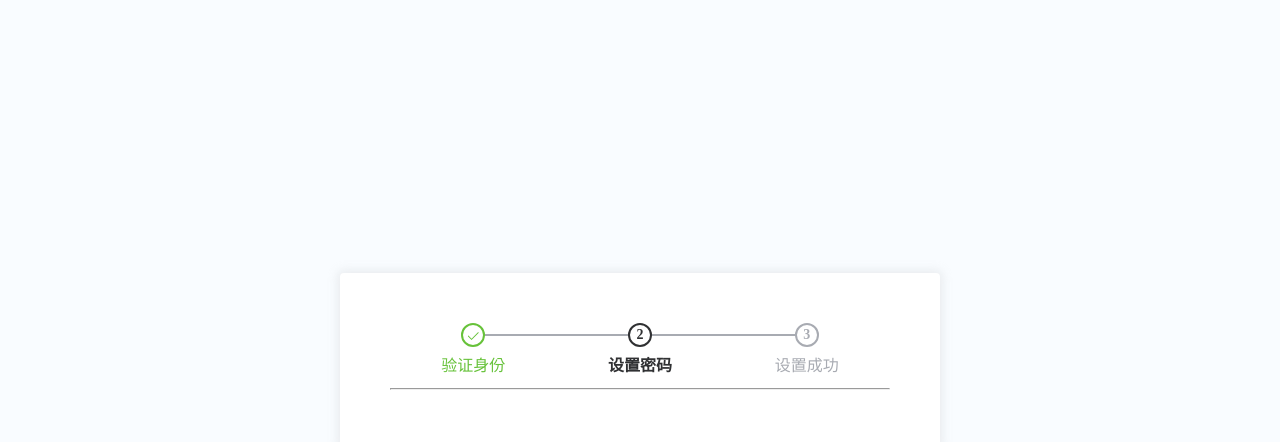
Repository: Harmony-camp/ckw-manager
Page: /#/ForgotPassword (app in manage/)
These files come from the project's save history. The page is drawn as it stood at one moment and after a run of saves; the edit follows.
The browser window is 1280 px wide. The pictures show the whole page.
The project was rebuilt for these pictures with package versions that can differ from the ones it lists, and the page was loaded fresh each time. Also part of the build but not shown: manage/vite.config.js.

Above is the page before, as saved 2023-05-27 10:14:45.

### manage/src/main.js
import { createApp } from 'vue'
import router from './router'
import ElementPlus from 'element-plus'
import 'element-plus/dist/index.css'
import App from './App.vue'
import store from './store'
import * as ELIcons from '@element-plus/icons-vue'
import storage from './utils/storage'

const app = createApp(App)

app.directive("has",{
	beforeMount:(el,binding)=>{

		let actionList = storage.getItem("actionList")
		let value = binding.value
		let hasPermission = actionList.includes(value)
		if(!hasPermission){
			el.style="display:none"
			setTimeout(()=>{
				el.parentNode.removeChild(el)
			},0)
		}
	}
})

for (let iconName in ELIcons) {
	app.component(iconName, ELIcons[iconName])
}

app.use(router).use(store).use(ElementPlus).mount('#app')

### manage/src/router/index.js
import { createRouter, createWebHashHistory } from 'vue-router'
import { defineAsyncComponent } from 'vue'

import storage from '../utils/storage'
import {getPermissionList} from '../api'
import utils from '../utils/utils'

const routes = [
  {
    name: "home",
    path: "/",
    component: ()=>import("../components/Home.vue"),
    redirect: "Welcome",
    meta: {
      title: "首页"
    },
    children: [
      {
        name: "welcome",
        path: "/welcome",
        meta: {
          title: "欢迎使用本系统"
        },
        component: () => import("../views/Welcome.vue")
      },
      {
        name: "profile",
        path: "/profile",
        redirect: "analysis",
        meta: {
          title: "个人中心"
        },
        component: () => import("../views/profile/index.vue"),
        children:[
          {
            name: "analysis",
            path: "/profile/analysis",
            meta: {
              title: "个人整体分析"
            },
            component: () => import("../views/profile/Analysis.vue"),
          },
          {
            name: "award-time",
            path: "/profile/award-time",
            meta: {
              title: "获奖时间"
            },
            component: () => import("../views/profile/AwardTime.vue"),
          },
        ]
      },
    ]
  },

  {
    name: "login",
    path: "/login",
    meta: {
      title: "登录"
    },
    component: () => import("../views/login/Login.vue")
  },
  {
    name: "register",
    path: "/register",
    meta: {
      title: "注册"
    },
    component: () => import("../views/login/Register.vue")
  },
  {
    name: "ForgotPassword",
    path: "/ForgotPassword",
    meta: {
      title: "注册"
    },
    component: () => import("../views/login/ForgotPassword.vue")
  },

  {
    name: "404",
    path: "/404",
    meta: {
      title: "页面不存在"
    },
    component: () => import("../views/login/404.vue")
  },

]

const router = createRouter({
  history: createWebHashHistory(),
  routes
})

async function loadAsyncRoutes(){
  let userinfo  = storage.getItem("userinfo") || {}
  if(userinfo.token){
    try{
      const {menuList} =  await getPermissionList()
      let routes = utils.generateRoute(menuList)
      routes.map(route=>{
        let url = `../views/${route.component}.vue`
        route.component =  ()=>import(/* @vite-ignore */url)
        router.addRoute("home",route)
      })
    }catch(error){
      console.log('error :>> ', error);
    }
  }
}

await loadAsyncRoutes()
function checkPermission(path){
  let routes =[]
  router.getRoutes().forEach(item=>{
    routes.push(item.path)
  })
  return routes.includes(path)
}

router.beforeEach((to,form,next)=>{
  if(checkPermission(to.path) || to.path =="/"){
    document.title = to.meta.title
    next()
  }else{
    next("/404")
  }
})

export default router

### manage/src/App.vue
<template>
  <router-view></router-view>
</template>

<script setup>

</script>

<style lang="scss">
@import './assets/style/reset.css';
@import './assets/style/index.scss';
</style>

### manage/src/store/index.js
/**
 * vuex状态管理
 */
import {createStore} from 'vuex'
import mutations from './mutations'
import storage from '../utils/storage'

const state = {
  userinfo:storage.getItem("userinfo") || {},
  menuLit:storage.getItem("menuList") || [],
  actionList :storage.getItem("actionListList") || [],
  noticeCount:0
}

export default createStore({
  state,
  mutations
})

### manage/src/utils/storage.js
/**
 * Storage二次封装
 * @author yyy
 */
import config from "../config"

export default{
  setItem(key,val){
    let storage = this.getStorage()
    storage[key] = val
    window.localStorage.setItem(config.namespace,JSON.stringify(storage))
  },
  getItem(key){
    return this.getStorage()[key]
  },
  getStorage(){
    return JSON.parse( window.localStorage.getItem(config.namespace )|| "{}")
  },
  clearItem(key){
    let storage = this.getStorage()
    delete storage[key]
    window.localStorage.setItem(config.namespace,JSON.stringify(storage))
  },
  clearAll(){
    window.localStorage.clear()
  },
}

### manage/src/api/index.js
/**
 * api管理
 */

import request from "../utils/request"

/**
 * 用户登录
 * @param {Object} params
 * @returns
 */
export  const UserLogin = (params)=>{
  return request({
      url:"/users/login",
      method:"post",
      data:params,
    })
  }

/**
 * 获取是否有信息需要处理
 * @param {Object} params
 * @returns
 */
export  const NoticeCount = (params)=>{
  return request({
    url:"/leave/count",
    method:"get",
    data:params,
    // mock:true
  })
}

/**
 * 获取菜单
 * @returns
 */
export  const MenuList = (params)=>{
  return request({
    url:"/menu/list",
    method:"get",
    data:params,
    // mock:true
  })
}

/**
 * 获取用户列表
 * @param {Object} params
 * @returns
 */

export  const GetUserList = (params)=>{
  return request({
    url:"/users/list",
    method:"get",
    data:params,
  })
}
export  const GetAllUserList = ()=>{
  return request({
    url:"/users/all/list",
    method:"get",
    // mock:true
  })
}
/**
 * 删除用户，可批量删除
 * @param {Array} params
 * @returns
 */
export  const UserDelete = (params)=>{
  return request({
    url:"/users/delete",
    method:"post",
    data:params,
    // mock:true
  })
}
/**
 * 获取角色信息
 * @returns
 */
export  const GetRoleAllList = ()=>{
  return request({
    url:"/roles/allList",
    method:"get",
    data:{},
    // mock:true
  })
}
export  const GetRoleList = (param)=>{
  return request({
    url:"/roles/list",
    method:"get",
    data:param,
    // mock:true
  })
}
/**
 * 获取部门信息
 * @returns
 */
export  const GetDeptList = (params)=>{
  return request({
    url:"/dept/list",
    method:"get",
    data:params,
    // mock:true
  })
}

/**
 * 角色增删改查
 * @param {Object} params
 * @returns
 */
export  const UserSubmit = (params)=>{
  return request({
    url:"/users/operate",
    method:"post",
    data:params,
    // mock:true
  })
}
/**
 * 菜单操作
 * @param {Object} params
 * @returns
 */
export  const MenuSubmit = (params)=>{
  return request({
    url:"/menu/operate",
    method:"post",
    data:params,
    // mock:true
  })
}

export  const RoleOperate = (params)=>{
  return request({
    url:"/roles/operate",
    method:"post",
    data:params,
    // mock:true
  })
}
export  const DeptOperate = (params)=>{
  return request({
    url:"/dept/operate",
    method:"post",
    data:params,
    // mock:true
  })
}
export  const UpdatePermission = (params)=>request({
    url:"/roles/update/permission",
    method:"post",
    data:params,
    // mock:true
})



export const getPermissionList = ()=>request.get("/users/getPermissionList")
export const GetApplyList  = params=>request.get("/leave/list",params,{mock:false})
export const LeaveOperate  = params=>request.post("/leave/operate",params,{mock:false})
export const LeaveApprove  = params=>request.post("/leave/approve",params,{mock:false})

export const dataToTestify  = params=>request.post("/teacher/createTestify",params)

//获取注册页面角色
export const getRegisterRoleList = params=>request.get("/roles/allList",params)

//获取模块分类排序数据
export const querySortList = params=>request.get("/teacher/query",params)

export const GetTeacherlList = params=>request.get("/teacher/list",params)
export const GetTeacherApprovallList = params=>request.get("/teacher/approvalList",params)

### manage/src/utils/utils.js
/**
 * 工具函数封装
 */
import {GetTeacherlList} from '../api'
export default{
  formateDate(date,rule){
    let fmt = rule || 'MM-dd hh:mm:ss'

    const o = {

      "M+":date.getMonth(),
      "d+":date.getDate(),
      "h+":date.getHours(),
      "m+":date.getMinutes(),
      "s+":date.getSeconds(),

    }
    for(let key in o){
      if(new RegExp(`(${key})`).test(fmt)){
        const val = o[key] + ''
        fmt =  fmt.replace(RegExp.$1,RegExp.$1.length==1?val:('00'+val).substring(val.length))
      }
    }
    return date.getFullYear()+"-" + fmt
  },
  generateRoute(menuList){
    let routes = []

    const deepList = (list)=>{
      while(list.length){
        let item = list.pop()
        if(item.action){
          routes.push({
            name:item.menuName,
            path:item.path,
            meta:{
              title:item.menuName
            },
            component:item.component
          })

        }
        if(item.children && !item.action){
          deepList(item.children)
        }
      }
    }
    deepList(menuList)
    return routes
  },
  async getTeacherApprovalList(action,userId){

    let res = await GetTeacherlList({action,userId})
    return res
  }
}

### manage/src/views/login/ForgotPassword.vue
<template>
  <div class="forgot-wrapper">
    <div class="modal">
      <el-steps align-center :active="1" finish-status="success">
        <el-step title="验证身份" />
        <el-step title="设置密码" />
        <el-step title="设置成功" />
      </el-steps>
      <hr />
      <div class="setIdentity"></div>

    </div>
  </div>
</template>

<script setup></script>

<style lang="scss">
.forgot-wrapper {
  display: flex;
  justify-content: center;
  align-items: center;
  background-color: #f9fcff;
  width: 100vw;
  height: 100vh;
  .modal {
    width: 600px;
    padding: 50px;
    background-color: #fff;
    border-radius: 4px;
    box-shadow: 0px 0px 10px 3px #c7c9cb4d;
  }
}
</style>

### manage/src/assets/style/index.scss
html, body {
  height: 100%;
  width: 100%;
}
*:not([class^='el-']) {
  box-sizing: border-box;
}
.white{
  background-color: #ffffff;
}
a{
  text-decoration: none;
}
.gray{
  background-color: #eef0f3;
}
.mr10{
  margin-right: 10px;
}
.mr20{
  margin-right: 20px;
}
.mb20{
  margin-bottom: 20px;
}
.m-lr10{
  margin-left: 10px;
  margin-right: 10px;
}
.p20{
  padding: 20px;
}
.pl20{
  padding-left: 20px;
}
.text-right{
  text-align: right;
}
.fr{
  float: right;
}
.flex{
  display: flex;
}
.flex-between{
  display: flex;
  justify-content: space-between;
}
.flex-center{
  display: flex;
  justify-content: center;
}
.tips{
  margin-left: 15px;
  color: #787878;
}


/*
* 公共样式
*/
.query-form {
  background-color: #ffffff;
  padding: 22px 20px 0;
  border-radius: 5px;
}
.base-table {
  border-radius: 5px;
  background: #ffffff;
  margin-top: 20px;
  margin-bottom: 20px;
  .action {
    border-radius: 5px 5px 0px 0px;
    background: #ffffff;
    padding: 20px;
    border-bottom: 1px solid #ece8e8;
  }
  .el-pagination{
     justify-content: flex-end;
     padding-right: 20px;
     padding-top: 20px;
     padding-bottom: 5px;
  }

}

### manage/src/store/mutations.js
/**
 * Mutations业务层数据提交
 */


import storage from "../utils/storage";

export default {
  saveUserInfo(state,userinfo){
    state.userinfo = userinfo;
    storage.setItem("userinfo",userinfo)
  },
  saveMenuList(state,menuList){
    state.menuList = menuList;
    storage.setItem("menuList",menuList)
  },
  saveActionList(state,actionList){
    state.actionList = actionList;
    storage.setItem("actionList",actionList)
  },
  saveNoticeCount(state,noticeCount){
    state.noticeCount = noticeCount;
    storage.setItem("noticeCount",noticeCount)
  },
}

### manage/src/config/index.js

const env = import.meta.env.MODE || "prod";

const EnvConfig = {
  dev:{
    baseApi:"/api",
    mockApi:"https://www.fastmock.site/mock/fa4c18963ab634ec12a063962937ba52/api"
  },
  test:{
    baseApi:"https://www.fastmock.site/mock/fa4c18963ab634ec12a063962937ba52/api",
    mockApi:"https://www.fastmock.site/mock/fa4c18963ab634ec12a063962937ba52/api"
  },
  prod:{
    baseApi:"/api",
    mockApi:"https://www.fastmock.site/mock/fa4c18963ab634ec12a063962937ba52/api"
  }
}

export default{
  env:"dev",
  mock:false,
  namespace:'manage',
  ...EnvConfig[env]
}

### manage/src/utils/request.js
/**
 * axios二次封装
 */

import axios from 'axios'
import {ElMessage} from 'element-plus'
import router from '../router'
import config from '../config'
import storage from './storage'
const TOKEN_INVALID = "token认证失败，请从新登陆"
const NETWORK_ERROR = "网络请求异常，请稍后重试"

//TODO axios实例对象，添加全局配置
const service = axios.create({
  baseURL:config.baseApi,
  timeout:8000
})


service.interceptors.request.use(req=>{

  //TODO 封装请求拦截
  const headers = req.headers;
  const {token} = storage.getItem("userinfo") || {}
  if(!headers.Authorization) headers.Authorization = "Bearer "  + token
  return req

})


service.interceptors.response.use(res=>{
  const {code,data,msg} = res.data;
  if(code === 200) return data;
  else if(code === 50001){
    ElMessage.error(TOKEN_INVALID)
    setTimeout(()=>{
      router.push('/login')
      return Promise.reject(TOKEN_INVALID)
    },1500)
  }else{
    ElMessage.error(msg|| NETWORK_ERROR)
    return Promise.reject(msg||NETWORK_ERROR)
  }

})


/**
 * 请求核心参数
 * @param {*} options 请求配置
 * @returns
 */

function request(options){
  options.method = options.method || "get"
  if(options.method.toLowerCase() === 'get'){
    options.params = options.data;
  }
  let isMock  = config.mock
  if(typeof options.mock != "undefined") isMock = options.mock
  if(config.env === 'prod'){
    service.defaults.baseURL = config.baseApi
  }else{
    service.defaults.baseURL = isMock? config.mockApi:config.baseApi
  }
  return service(options)
}

["get","post","put","delete",'patch'].forEach(item=>{
  request[item] = (url,data,options)=>{
    return request({
      url,
      data,
      method:item,
      ...options
    })
  }
})

export default request

Loaded but not shown: manage/index.html (common file); manage/src/assets/style/reset.css (common file)

After the next 2 saves:
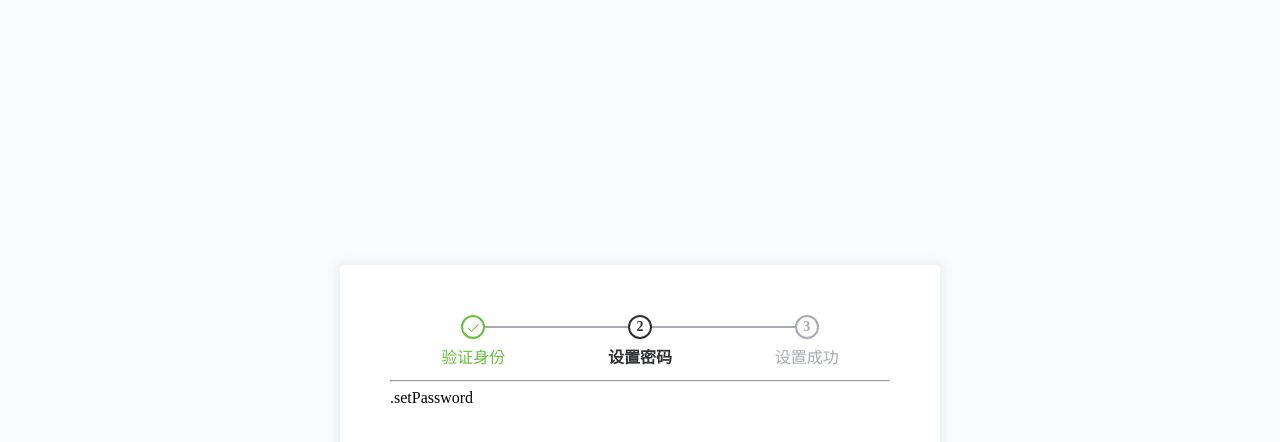
The 2 saves are shown as one change because they came seconds apart.
The last was saved 14 s later.
--- a/manage/src/views/login/ForgotPassword.vue
+++ b/manage/src/views/login/ForgotPassword.vue
@@ -8,7 +8,7 @@
       </el-steps>
       <hr />
       <div class="setIdentity"></div>
-
+      .setPassword
     </div>
   </div>
 </template>

After the 2 saves that followed:
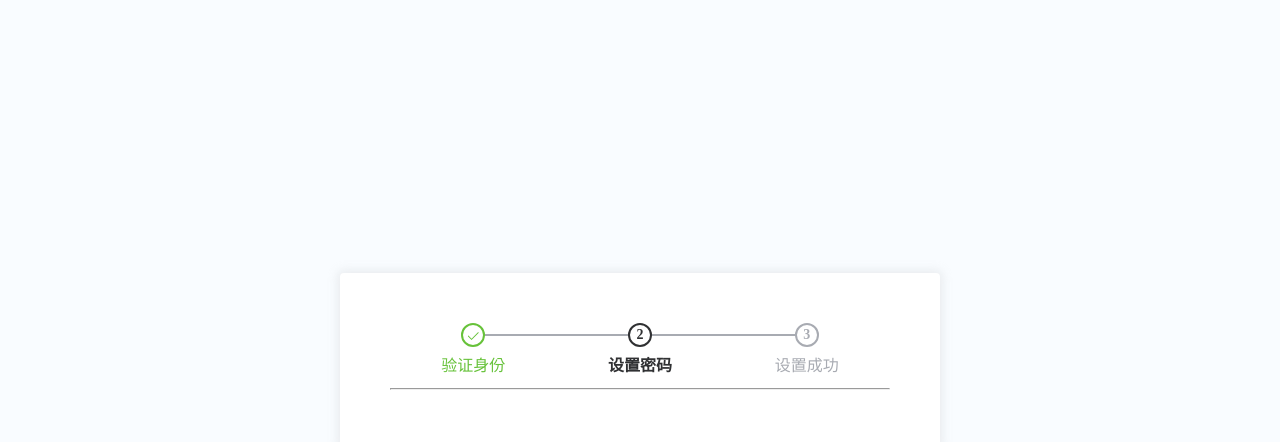
The 2 saves are shown as one change because they came seconds apart.
The last was saved 6 s later.
--- a/manage/src/views/login/ForgotPassword.vue
+++ b/manage/src/views/login/ForgotPassword.vue
@@ -8,7 +8,8 @@
       </el-steps>
       <hr />
       <div class="setIdentity"></div>
-      .setPassword
+      <div class="setPassword"></div>
+
     </div>
   </div>
 </template>
